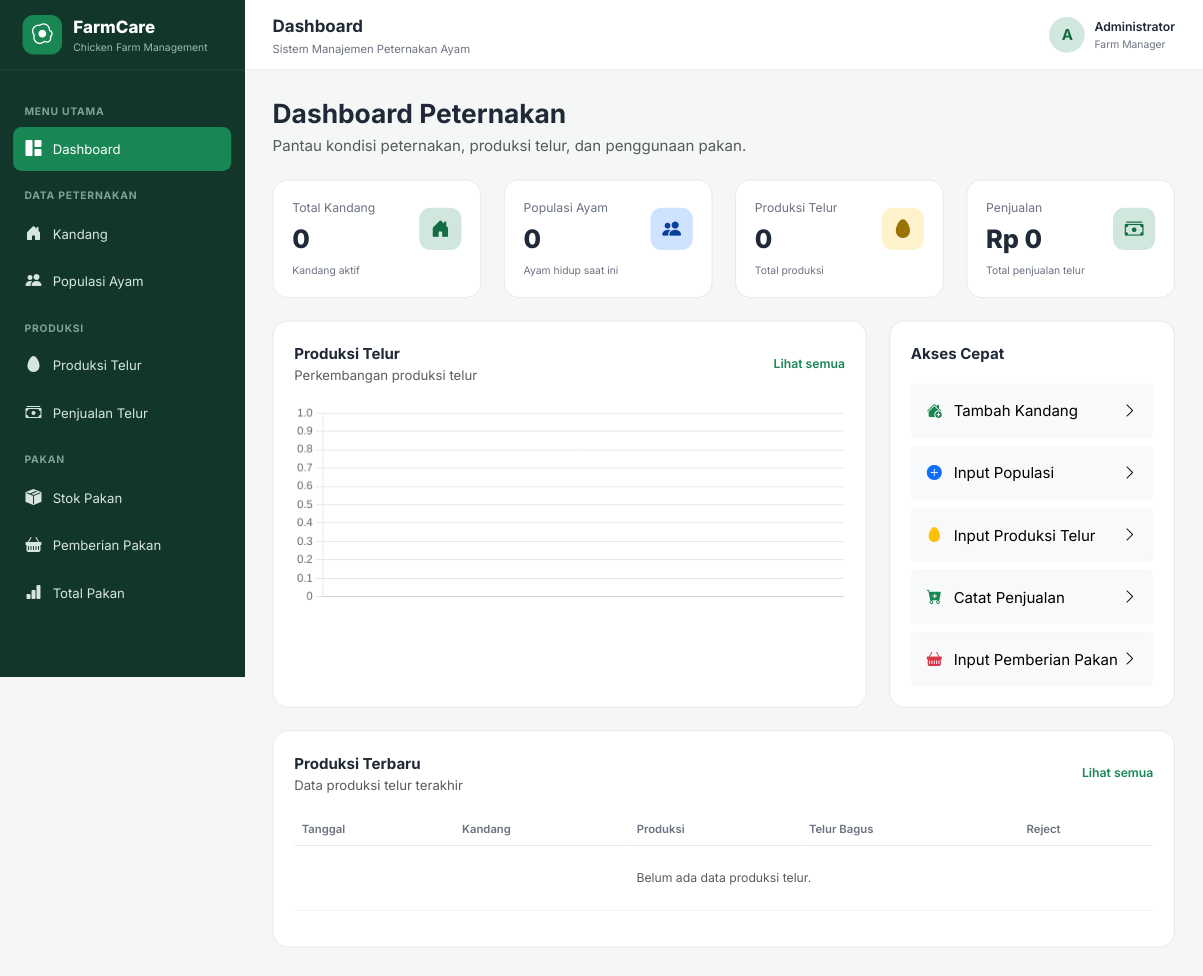
Repository: syafira-nur25/bukanayampart1
Page: http://localhost/
The author's editor kept a copy of each file at every save. The page is drawn from the files as they stood at one save, then again after the next save.
The browser window is 1280 px wide. The pictures show the whole page, at 94% of full size.
The page is served by the project's Laravel application, run on PHP 8.4 with Laravel 12. Other server files are loaded and not shown. Queries for data that is not in the repository find no rows.

Above is the page before, as saved 2026-08-14 08:35:00.

### routes/web.php
<?php

use Illuminate\Support\Facades\Route;
use App\Http\Controllers\KandangController;
use App\Http\Controllers\PopulasiController;
use App\Http\Controllers\ProduksiTelurController;
use App\Http\Controllers\PenjualanTelurController;
use App\Http\Controllers\PakanKandangController;
use App\Http\Controllers\PemberianPakanController;
use App\Http\Controllers\TotalPakanController;
use App\Http\Controllers\DashboardController;
use App\Http\Controllers\Manpower\LaporanHarianController;
use App\Http\Controllers\ProfileController;

Route::get('/', [DashboardController::class, 'index'])
    ->name('dashboard');

Route::resource('kandang', KandangController::class);

Route::resource('populasi', PopulasiController::class);

Route::resource('produksi-telur', ProduksiTelurController::class);

Route::resource('penjualan-telur', PenjualanTelurController::class);

Route::resource('pakan-kandang', PakanKandangController::class);

Route::resource('pemberian-pakan', PemberianPakanController::class);

Route::resource('total-pakan', TotalPakanController::class);

Route::get('/profile/edit', [ProfileController::class, 'edit'])
    ->name('profile.edit');

### app/Http/Controllers/DashboardController.php
<?php

namespace App\Http\Controllers;

use App\Models\Kandang;
use App\Models\Populasi;
use App\Models\ProduksiTelur;
use App\Models\PenjualanTelur;

class DashboardController extends Controller
{
    public function index()
    {
        $totalKandang = Kandang::count();

        $totalAyam = Populasi::sum('sisa');

        $totalTelur = ProduksiTelur::sum('jumlah_produksi');

        $totalPenjualan = PenjualanTelur::sum('total');

        $produksiTerbaru = ProduksiTelur::with([
            'kandang'
        ])
        ->latest('tanggal')
        ->limit(10)
        ->get();

        $chart = ProduksiTelur::selectRaw(
            'tanggal, SUM(jumlah_produksi) as total'
        )
        ->groupBy('tanggal')
        ->orderBy('tanggal')
        ->limit(7)
        ->get();

        $chartLabels = $chart->map(
            fn ($item) => $item->tanggal->format('d M')
        );

        $chartData = $chart->pluck('total');

        return view('dashboard', compact(
            'totalKandang',
            'totalAyam',
            'totalTelur',
            'totalPenjualan',
            'produksiTerbaru',
            'chartLabels',
            'chartData'
        ));
    }
}

### app/Models/Kandang.php
<?php

namespace App\Models;

use Illuminate\Database\Eloquent\Model;
use Illuminate\Database\Eloquent\Relations\HasMany;

class Kandang extends Model
{
    protected $table = 'kandang';

    protected $fillable = [
        'nama',
        'lokasi',
    ];

    public function populasi(): HasMany
    {
        return $this->hasMany(Populasi::class, 'kandang_id');
    }

    public function produksiTelur(): HasMany
    {
        return $this->hasMany(ProduksiTelur::class, 'kandang_id');
    }

    public function pakanKandang(): HasMany
    {
        return $this->hasMany(PakanKandang::class, 'kandang_id');
    }

    public function laporanHarian(): HasMany
    {
    return $this->hasMany(
        LaporanHarian::class,
        'kandang_id');
    }
}

### app/Models/Populasi.php
<?php

namespace App\Models;

use Illuminate\Database\Eloquent\Model;
use Illuminate\Database\Eloquent\Relations\BelongsTo;
use Illuminate\Database\Eloquent\Relations\HasMany;

class Populasi extends Model
{
    protected $table = 'populasi';

    protected $fillable = [
        'tanggal',
        'hidup',
        'mati',
        'afkir',
        'sisa',
        'usia',
        'kandang_id',
    ];

    protected $casts = [
        'tanggal' => 'date',
    ];

    public function kandang(): BelongsTo
    {
        return $this->belongsTo(Kandang::class, 'kandang_id');
    }

    public function produksiTelur(): HasMany
    {
        return $this->hasMany(ProduksiTelur::class, 'populasi_id');
    }

    public function pemberianPakan(): HasMany
    {
        return $this->hasMany(PemberianPakan::class, 'populasi_id');
    }
}

### app/Models/ProduksiTelur.php
<?php

namespace App\Models;

use Illuminate\Database\Eloquent\Model;
use Illuminate\Database\Eloquent\Relations\BelongsTo;
use Illuminate\Database\Eloquent\Relations\HasMany;

class ProduksiTelur extends Model
{
    protected $table = 'produksi_telur';

    protected $fillable = [
        'tanggal',
        'populasi_id',
        'kandang_id',
        'jumlah_produksi',
        'presentase',
        'mati',
        'afkir',
        'sisa_ayam',
        'telur_bagus',
        'telur_reject',
    ];

    protected $casts = [
        'tanggal' => 'date',
        'presentase' => 'decimal:2',
    ];

    public function populasi(): BelongsTo
    {
        return $this->belongsTo(
            Populasi::class,
            'populasi_id'
        );
    }

    public function kandang(): BelongsTo
    {
        return $this->belongsTo(
            Kandang::class,
            'kandang_id'
        );
    }

    public function penjualanTelur(): HasMany
    {
        return $this->hasMany(
            PenjualanTelur::class,
            'produksi_id'
        );
    }
}

### app/Models/PenjualanTelur.php
<?php

namespace App\Models;

use Illuminate\Database\Eloquent\Model;
use Illuminate\Database\Eloquent\Relations\BelongsTo;

class PenjualanTelur extends Model
{
    protected $table = 'penjualan_telur';

    protected $fillable = [
        'tanggal',
        'jumlah',
        'customer',
        'total',
        'produksi_id',
        'harga',
    ];

    protected $casts = [
        'tanggal' => 'date',
        'harga' => 'decimal:2',
        'total' => 'integer',
    ];

    public function produksiTelur(): BelongsTo
    {
        return $this->belongsTo(
            ProduksiTelur::class,
            'produksi_id'
        );
    }
}

### resources/views/dashboard.blade.php
@extends('layouts.app')

@section('title', 'Dashboard')

@section('content')

<div class="mb-4">

    <h3 class="fw-bold mb-1">
        Dashboard Peternakan
    </h3>

    <p class="text-muted mb-0">
        Pantau kondisi peternakan, produksi telur, dan penggunaan pakan.
    </p>

</div>


<!-- STATISTICS -->

<div class="row g-4 mb-4">

    <div class="col-xl-3 col-md-6">

        <div class="stat-card">

            <div class="stat-top">

                <div>
                    <div class="stat-label mt-0">
                        Total Kandang
                    </div>

                    <div class="stat-value">
                        {{ $totalKandang ?? 0 }}
                    </div>
                </div>

                <div class="stat-icon icon-green">
                    <i class="bi bi-house-door-fill"></i>
                </div>

            </div>

            <div class="stat-description">
                Kandang aktif
            </div>

        </div>

    </div>


    <div class="col-xl-3 col-md-6">

        <div class="stat-card">

            <div class="stat-top">

                <div>

                    <div class="stat-label mt-0">
                        Populasi Ayam
                    </div>

                    <div class="stat-value">
                        {{ number_format($totalAyam ?? 0) }}
                    </div>

                </div>

                <div class="stat-icon icon-blue">
                    <i class="bi bi-people-fill"></i>
                </div>

            </div>

            <div class="stat-description">
                Ayam hidup saat ini
            </div>

        </div>

    </div>


    <div class="col-xl-3 col-md-6">

        <div class="stat-card">

            <div class="stat-top">

                <div>

                    <div class="stat-label mt-0">
                        Produksi Telur
                    </div>

                    <div class="stat-value">
                        {{ number_format($totalTelur ?? 0) }}
                    </div>

                </div>

                <div class="stat-icon icon-yellow">
                    <i class="bi bi-egg-fill"></i>
                </div>

            </div>

            <div class="stat-description">
                Total produksi
            </div>

        </div>

    </div>


    <div class="col-xl-3 col-md-6">

        <div class="stat-card">

            <div class="stat-top">

                <div>

                    <div class="stat-label mt-0">
                        Penjualan
                    </div>

                    <div class="stat-value">
                        Rp {{ number_format($totalPenjualan ?? 0, 0, ',', '.') }}
                    </div>

                </div>

                <div class="stat-icon icon-green">
                    <i class="bi bi-cash-stack"></i>
                </div>

            </div>

            <div class="stat-description">
                Total penjualan telur
            </div>

        </div>

    </div>

</div>


<!-- CHART + QUICK MENU -->

<div class="row g-4 mb-4">

    <div class="col-xl-8">

        <div class="panel">

            <div class="panel-header">

                <div>

                    <div class="panel-title">
                        Produksi Telur
                    </div>

                    <div class="text-muted small">
                        Perkembangan produksi telur
                    </div>

                </div>

                <a
                    href="{{ route('produksi-telur.index') }}"
                    class="panel-link"
                >
                    Lihat semua
                </a>

            </div>

            <canvas
                id="productionChart"
                height="110"
            ></canvas>

        </div>

    </div>


    <div class="col-xl-4">

        <div class="panel">

            <div class="panel-header">

                <div class="panel-title">
                    Akses Cepat
                </div>

            </div>


            <div class="d-grid gap-2">

                <a
                    href="{{ route('kandang.create') }}"
                    class="btn btn-light text-start p-3"
                >
                    <i class="bi bi-house-add-fill text-success me-2"></i>

                    Tambah Kandang

                    <i class="bi bi-chevron-right float-end"></i>
                </a>


                <a
                    href="{{ route('populasi.create') }}"
                    class="btn btn-light text-start p-3"
                >
                    <i class="bi bi-plus-circle-fill text-primary me-2"></i>

                    Input Populasi

                    <i class="bi bi-chevron-right float-end"></i>
                </a>


                <a
                    href="{{ route('produksi-telur.create') }}"
                    class="btn btn-light text-start p-3"
                >
                    <i class="bi bi-egg-fill text-warning me-2"></i>

                    Input Produksi Telur

                    <i class="bi bi-chevron-right float-end"></i>
                </a>


                <a
                    href="{{ route('penjualan-telur.create') }}"
                    class="btn btn-light text-start p-3"
                >
                    <i class="bi bi-cart-plus-fill text-success me-2"></i>

                    Catat Penjualan

                    <i class="bi bi-chevron-right float-end"></i>
                </a>


                <a
                    href="{{ route('pemberian-pakan.create') }}"
                    class="btn btn-light text-start p-3"
                >
                    <i class="bi bi-basket-fill text-danger me-2"></i>

                    Input Pemberian Pakan

                    <i class="bi bi-chevron-right float-end"></i>
                </a>

            </div>

        </div>

    </div>

</div>


<!-- TABLE -->

<div class="row g-4">

    <div class="col-12">

        <div class="panel">

            <div class="panel-header">

                <div>

                    <div class="panel-title">
                        Produksi Terbaru
                    </div>

                    <div class="text-muted small">
                        Data produksi telur terakhir
                    </div>

                </div>

                <a
                    href="{{ route('produksi-telur.index') }}"
                    class="panel-link"
                >
                    Lihat semua
                </a>

            </div>


            <div class="table-responsive">

                <table class="table">

                    <thead>

                    <tr>

                        <th>
                            Tanggal
                        </th>

                        <th>
                            Kandang
                        </th>

                        <th>
                            Produksi
                        </th>

                        <th>
                            Telur Bagus
                        </th>

                        <th>
                            Reject
                        </th>

                    </tr>

                    </thead>


                    <tbody>

                    @forelse($produksiTerbaru ?? [] as $produksi)

                        <tr>

                            <td>
                                {{ $produksi->tanggal->format('d M Y') }}
                            </td>

                            <td>
                                {{ $produksi->kandang->nama ?? '-' }}
                            </td>

                            <td class="fw-semibold">
                                {{ number_format($produksi->jumlah_produksi) }}
                            </td>

                            <td>
                                {{ number_format($produksi->telur_bagus) }}
                            </td>

                            <td>
                                {{ number_format($produksi->telur_reject) }}
                            </td>

                        </tr>

                    @empty

                        <tr>

                            <td
                                colspan="6"
                                class="text-center text-muted py-4"
                            >
                                Belum ada data produksi telur.
                            </td>

                        </tr>

                    @endforelse

                    </tbody>

                </table>

            </div>

        </div>

    </div>

</div>


@endsection


@push('scripts')

<script src="https://cdn.jsdelivr.net/npm/chart.js"></script>

<script>

    const ctx = document
        .getElementById('productionChart');

    new Chart(ctx, {

        type: 'line',

        data: {

            labels: {!! json_encode($chartLabels ?? []) !!},

            datasets: [{

                label: 'Produksi Telur',

                data: {!! json_encode($chartData ?? []) !!},

                tension: 0.4,

                fill: true,

                borderWidth: 2

            }]

        },

        options: {

            responsive: true,

            plugins: {

                legend: {
                    display: false
                }

            },

            scales: {

                y: {
                    beginAtZero: true
                }

            }

        }

    });

</script>

@endpush

Loaded but not shown: app/Http/Controllers/Controller.php (common file); resources/views/layouts/app.blade.php (651 lines, source omitted)

After the next save:
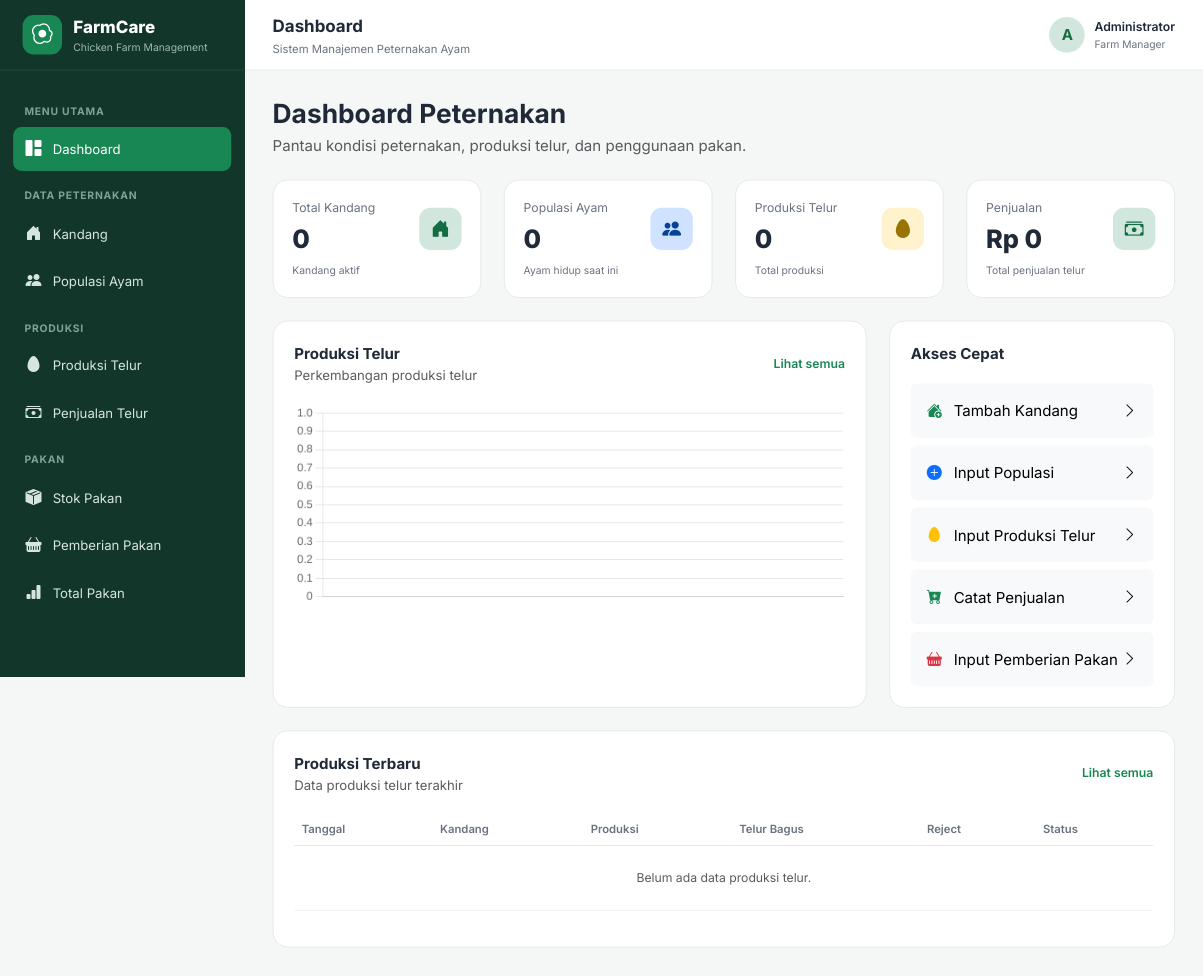
Saved 56 s later.
--- a/resources/views/dashboard.blade.php
+++ b/resources/views/dashboard.blade.php
@@ -337,6 +337,10 @@
                             Reject
                         </th>
 
+                        <th>
+                            Status
+                        </th>
+
                     </tr>
 
                     </thead>
@@ -366,6 +370,11 @@
 
                             <td>
                                 {{ number_format($produksi->telur_reject) }}
+                            </td>
+
+                            <td>
+
+
                             </td>
 
                         </tr>
